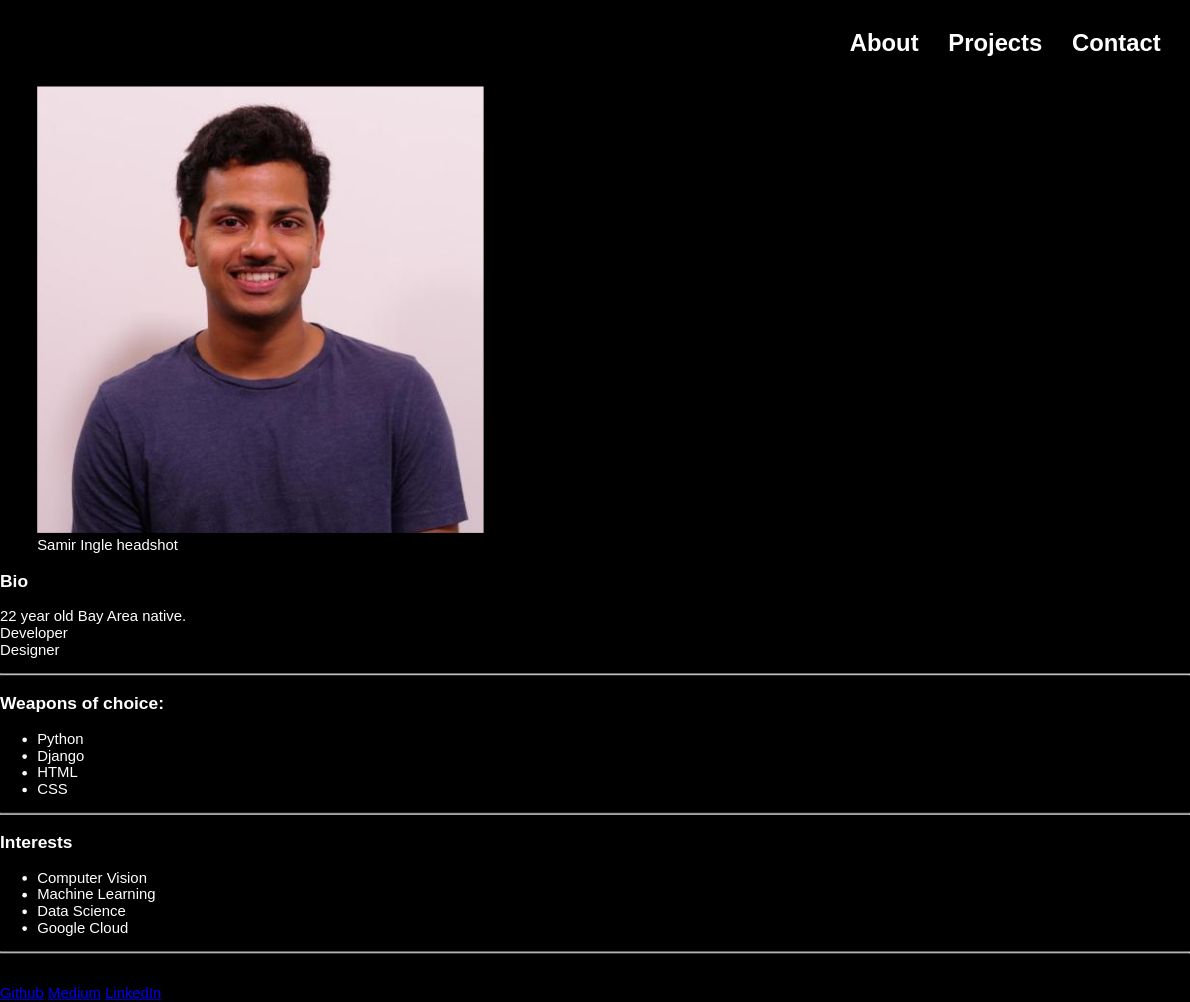
Repository: SamirIngley/html-semantic
Page: about.html
These files come from the project's save history. The page is drawn as it stood at one moment and after the next save; the edit follows.
The browser window is 1280 px wide. The pictures show the whole page, at 93% of full size.

Above is the page before, as saved 2020-01-28 17:21:22.

### about.html
<!DOCTYPE html>
<html lang="en">
<head>
    <meta charset="UTF-8">
    <meta name="viewport" content="width=device-width, initial-scale=1.0">
    <meta http-equiv="X-UA-Compatible" content="ie=edge">
    <link href="style.css" rel="stylesheet">
    <title>Samir.</title>
</head>
<body>

</body>
</html>
<header>
    <nav>
        <ul>
            <li><a href="#">About</a></li>
            <li><a href="#">Projects</a></li>
            <li><a href="#">Contact</a></li>
            </ul>
    </nav>
</header>
<figure>
        <img src="images/prof_pic.jpeg" alt="samir-profile-pic" style="width:40%;">
        <figcaption>Samir Ingle headshot</figcaption>
    </figure>

    <article>
        <h3>Bio</h3>
        <p>
        22 year old Bay Area native.
        <br>
        Developer
        <br>
        Designer
        </p>
    </article>
    <hr>
        <section>
            <h3>Weapons of choice:</h3>
            <ul>
                <li>Python</li>
                <li>Django</li>
                <li>HTML</li>
                <li>CSS</li>
            </ul>
        </section>
        <hr>
        <section>
            <h3>Interests</h3>
            <ul>
                <li>Computer Vision</li>
                <li>Machine Learning</li>
                <li>Data Science</li>
                <li>Google Cloud</li>
            </ul>
        </section>
        <hr>
        <p>
<footer>
        <br>
        <a href="https://github.com/SamirIngley">Github</a>
        <a href="https://medium.com/@SamirIngle">Medium</a>
        <a href="https://www.linkedin.com/in/samiringle/">LinkedIn</a>
</footer>

### style.css
* {
    box-sizing: border-box;
}

body {
    margin: 0;
    background-color:black;
    color: white;
    font-family: Sans-serif;
  }

nav {
    background-color: rgba(215, 176, 251, 0);
    font-weight:bold;
  }


nav a {
    color: white;
    text-align: center;
    font-size: 2vw;
    text-decoration: none;
}
nav a:hover{
    color: lime;

}
nav a.active {
    background-color: orange;
    color: purple;
}


nav > ul {
    display: flex;
    justify-content: flex-end;
    list-style: none;
}

nav > ul > li {
    padding: 1em;
}

nav {
    padding: 0 1em;
}


<style>
body {
  margin: 0;
  font-family: Arial, Helvetica, sans-serif;
}

.topnav {
  overflow: hidden;
  background-color: #333;
}

.topnav a {
  float: left;
  color: #f2f2f2;
  text-align: center;
  padding: 14px 16px;
  text-decoration: none;
  font-size: 17px;
}

.topnav a:hover {
  background-color: #ddd;
  color: black;
}

.topnav a.active {
  background-color: #4CAF50;
  color: white;
}
</style>
</head>
<body>

After the next save:
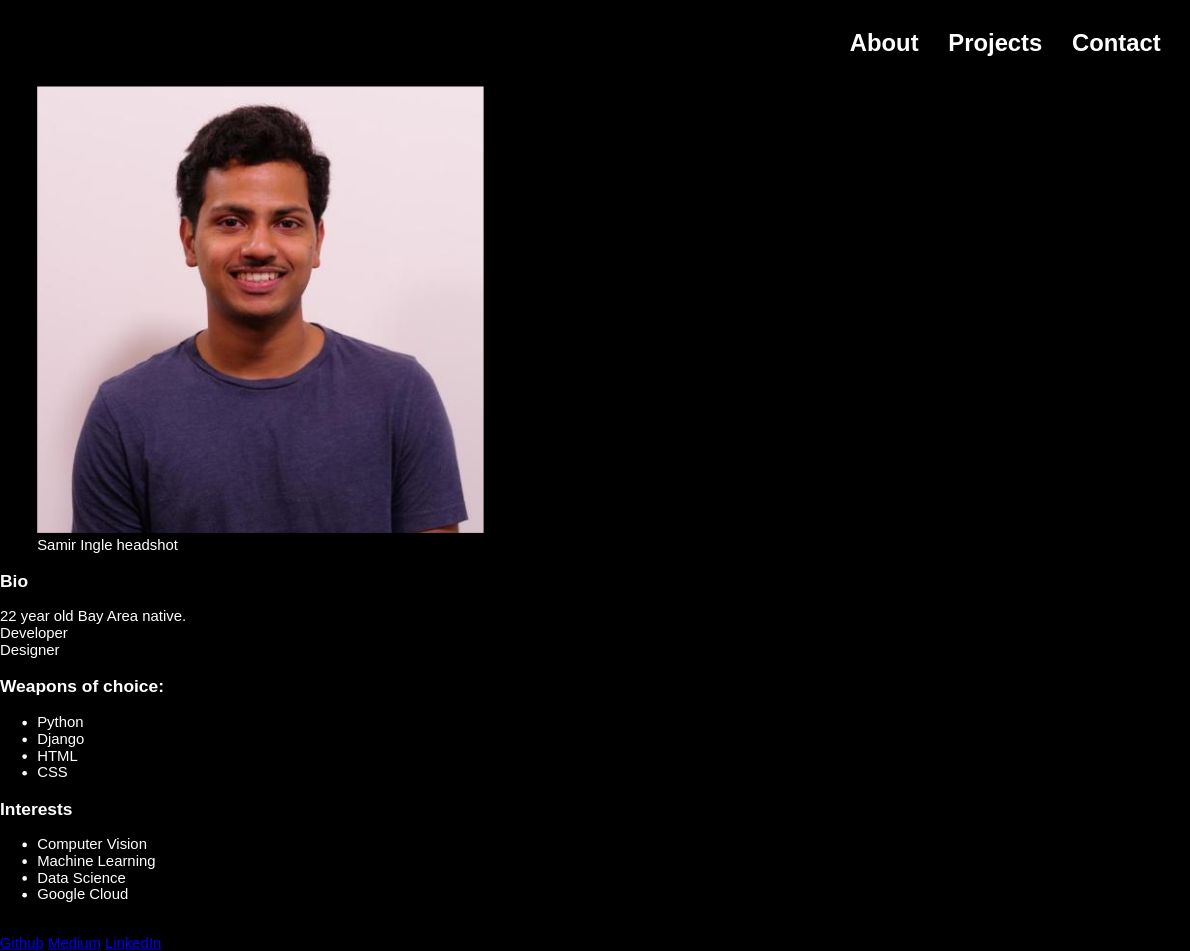
Saved 105 s later.
--- a/about.html
+++ b/about.html
@@ -35,7 +35,6 @@
         Designer
         </p>
     </article>
-    <hr>
         <section>
             <h3>Weapons of choice:</h3>
             <ul>
@@ -45,7 +44,6 @@
                 <li>CSS</li>
             </ul>
         </section>
-        <hr>
         <section>
             <h3>Interests</h3>
             <ul>
@@ -55,7 +53,6 @@
                 <li>Google Cloud</li>
             </ul>
         </section>
-        <hr>
         <p>
 <footer>
         <br>
